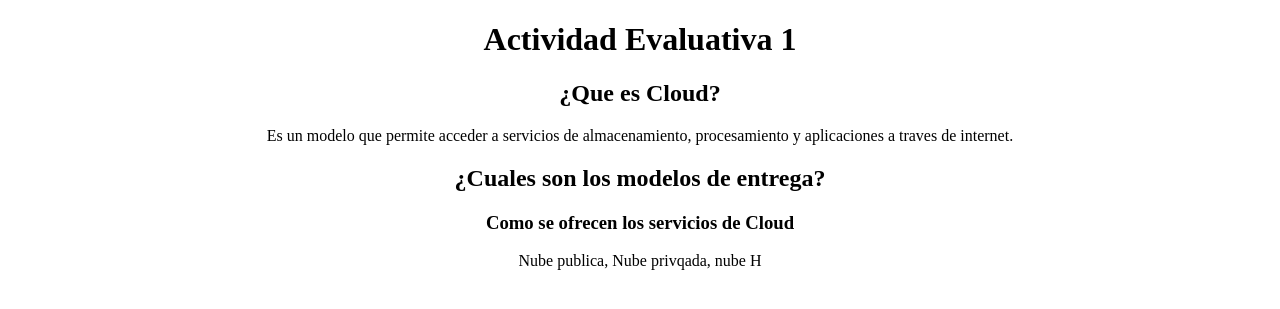
Repository: Laura-Oliveros/Actividad-Evaluativa-1
Page: LauSebas.html
The author's editor kept a copy of each file at every save. The page is drawn from the files as they stood at one save, then again after a run of saves.
The browser window is 1280 px wide. The pictures show the whole page.

Above is the page before, as saved 2025-09-04 18:52:15.

### LauSebas.html
<!DOCTYPE html>
<html lang="en">
<head>
    <meta charset="UTF-8">
    <meta name="viewport" content="width=device-width, initial-scale=1.0">
    <title>Actividad Evaluativa 1</title>
</head>
<body>
    <div class="contenedor" style="text-align: center;">
        <h1>Actividad Evaluativa 1</h1>
        <h2>¿Que es Cloud?</h2>
        <p>Es un modelo que permite acceder a servicios de almacenamiento, procesamiento y aplicaciones a traves de internet.</p>
    </div>

    <div class="contenedor" style="text-align: center;">
        <h2>¿Cuales son los modelos de entrega?</h2>
        <h3>Como se ofrecen los servicios de Cloud </h3>
        <p>Nube publica, Nube privqada, nube H</p>

</body>
</html>

After the next 2 saves:
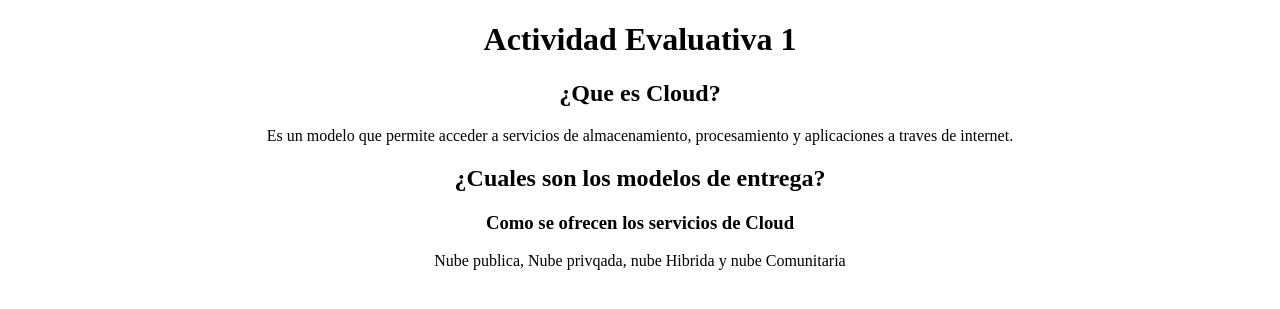
The 2 saves are shown as one change because they came seconds apart.
The last was saved 10 s later.
--- a/LauSebas.html
+++ b/LauSebas.html
@@ -15,7 +15,8 @@
     <div class="contenedor" style="text-align: center;">
         <h2>¿Cuales son los modelos de entrega?</h2>
         <h3>Como se ofrecen los servicios de Cloud </h3>
-        <p>Nube publica, Nube privqada, nube H</p>
+
+        <p>Nube publica, Nube privqada, nube Hibrida y nube Comunitaria</p>
 
 </body>
 </html>
